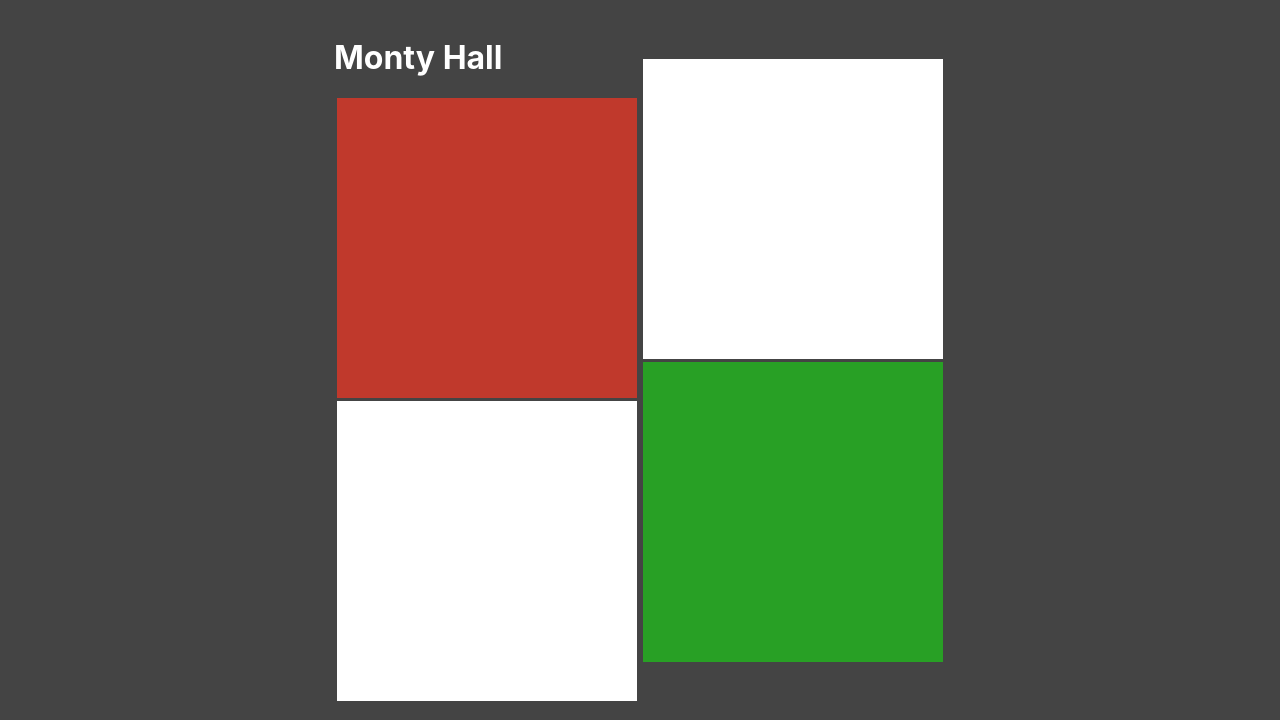
Repository: Mira757/Projeto-Porta-Premiada
Page: /
An editor plug-in stored every save of this project. The page is shown before and after the next save, followed by the edit.
The browser window is 1280 px wide. The pictures show the whole page.
The project was rebuilt for these pictures with package versions that can differ from the ones it lists, and the page was loaded fresh each time. The framework's server and built-in components were replaced by stand-ins that run in the browser. Also part of the build but not shown: next.config.js.

Above is the page before, as saved 2022-03-22 18:36:24.

### pages/index.tsx
import styles from "../styles/Formulario.module.css"
import Cartao from "../components/Cartao"

export default function Formulario () {
  return (
    <div className={styles.formulario}>
    <div>
      <h1>Monty Hall</h1>
      <Cartao bgcolor="#c0392c"></Cartao>
      <Cartao></Cartao>
    </div>
    <div>
      <Cartao></Cartao>
      <Cartao bgcolor="#28a025"></Cartao>
    </div>
    </div>
  )
}

### styles/globals.css
html,
body {
  padding: 0;
  margin: 0;
  font-family: -apple-system, BlinkMacSystemFont, Segoe UI, Roboto, Oxygen,
    Ubuntu, Cantarell, Fira Sans, Droid Sans, Helvetica Neue, sans-serif;
  background-color: #444;
  color: #fff;
}

a {
  color: inherit;
  text-decoration: none;
}

* {
  box-sizing: border-box;
}

### styles/Formulario.module.css
.formulario {
  display: flex;
  justify-content: center;
  align-items: center;
  height: 100vh;
}

### components/Cartao.tsx
import styles from "../styles/Cartao.module.css"

interface CartaoProps {
  bgcolor?: string
  children?: any
}

export default function Cartao(props) {
  return (
    <div className={styles.cartao} style={{
      backgroundColor: props.bgcolor ?? "#fff"
    }}>
      {props.children}
    </div>
  )
}

### styles/Cartao.module.css
.cartao {
  display: flex;
  width: 300px;
  height: 300px;
  color: #fff;
  font-size: 2rem;
  padding: 20px;
  margin: 3px;
}

Loaded but not shown: pages/_app.js (common file)

After the next save:
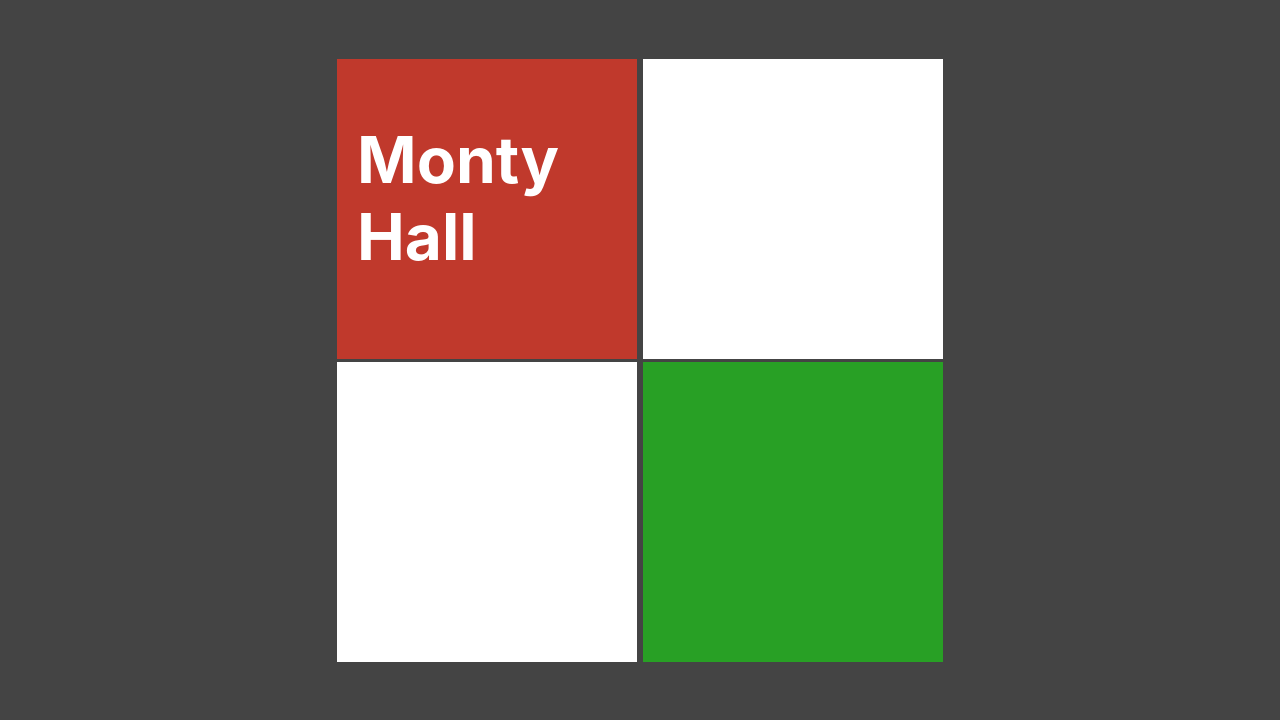
Saved 20 s later.
--- a/pages/index.tsx
+++ b/pages/index.tsx
@@ -5,8 +5,7 @@ export default function Formulario () {
   return (
     <div className={styles.formulario}>
     <div>
-      <h1>Monty Hall</h1>
-      <Cartao bgcolor="#c0392c"></Cartao>
+      <Cartao bgcolor="#c0392c"><h1>Monty Hall</h1></Cartao>
       <Cartao></Cartao>
     </div>
     <div>
